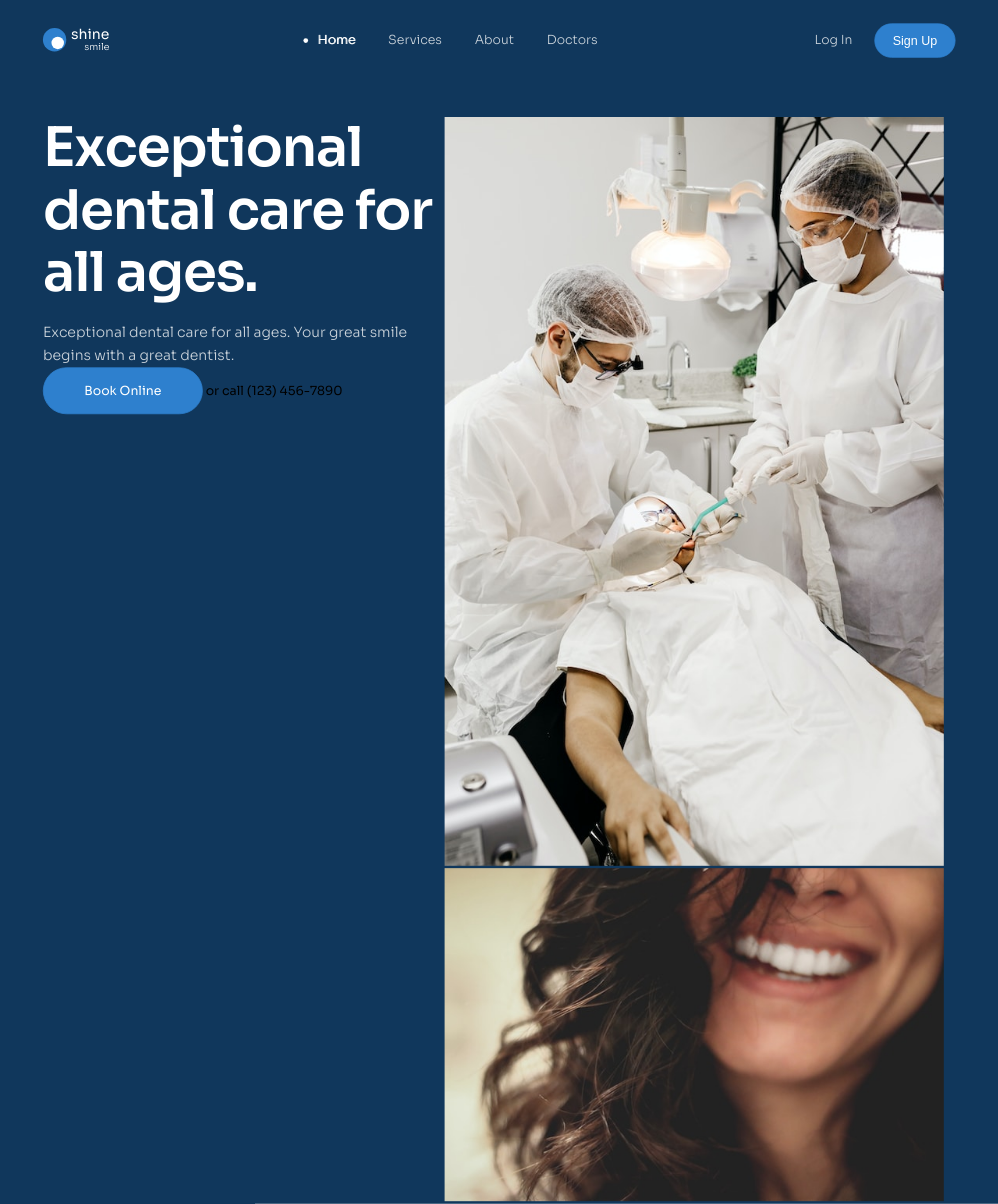
Repository: anhtien111198/f8-htmlcss-03
Page: index.html
An editor plug-in stored every save of this project. The page is shown before and after the next save, followed by the edit.
The browser window is 1280 px wide. The pictures show the whole page, at 78% of full size.

Above is the page before, as saved 2023-05-12 13:48:45.

After the next save:
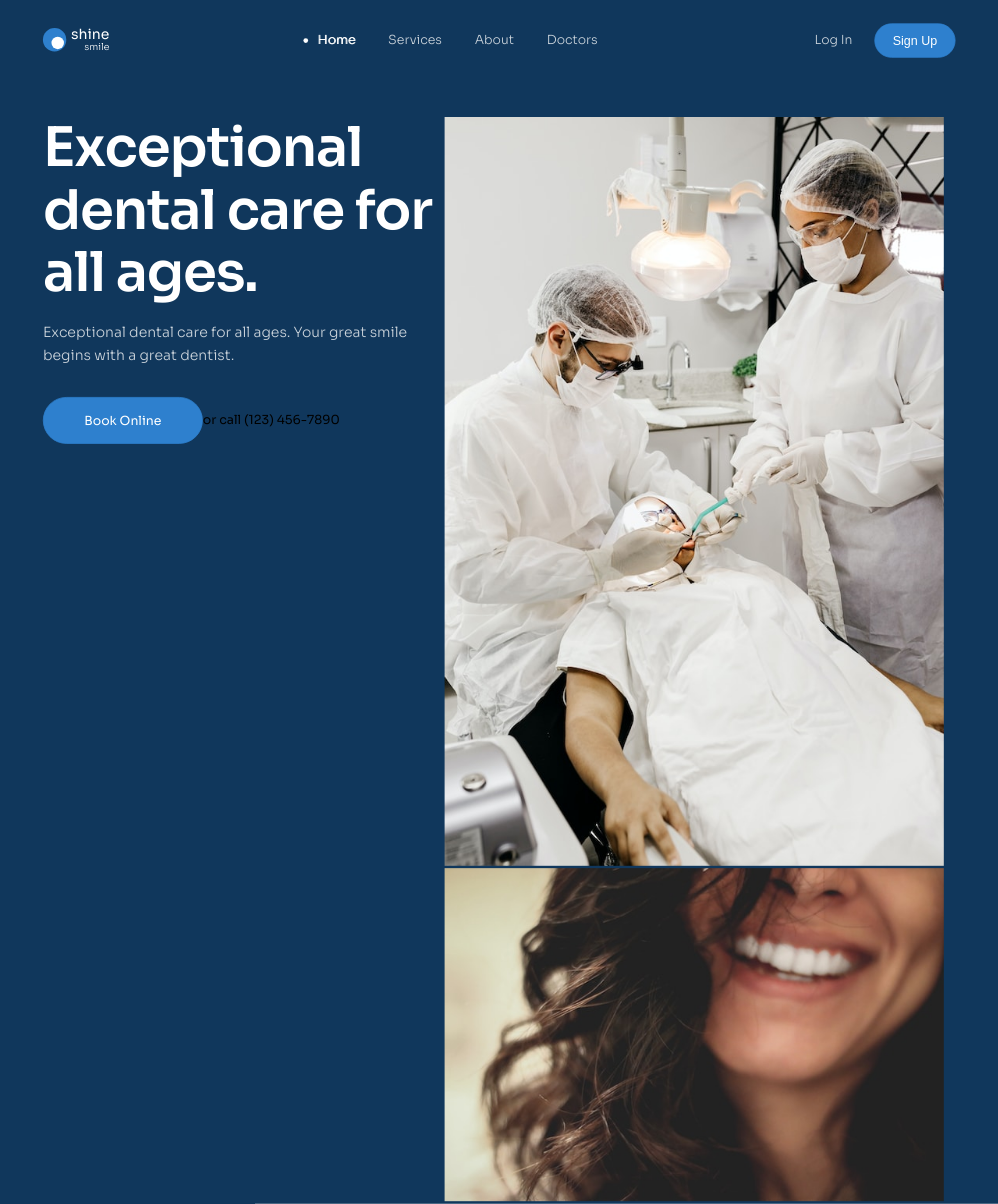
Saved 54 s later.
--- a/assets/css/style.css
+++ b/assets/css/style.css
@@ -153,3 +153,8 @@ a {
     line-height: 1.67;
     color: #c9d2da;
 }
+.hero__row {
+    display: flex;
+    align-items: center;
+    margin-top: 38px;
+}
